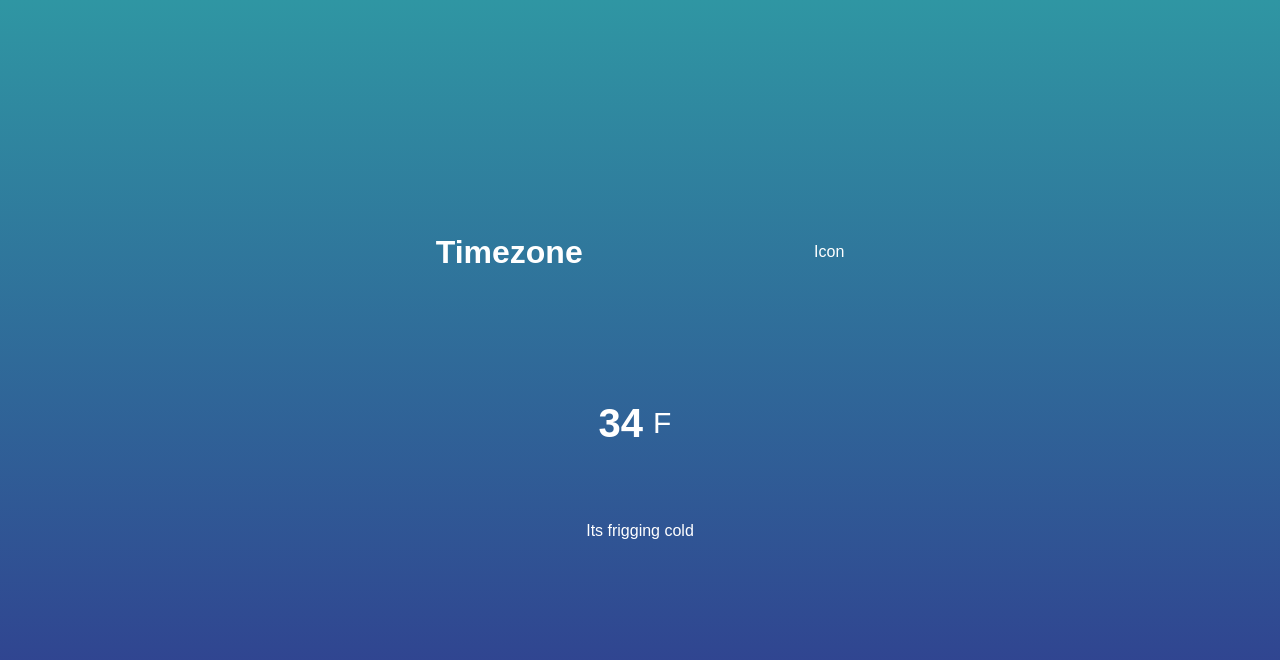
Repository: iphyokafor/weather-app
Page: index.html
These files come from the project's save history. The page is drawn as it stood at one moment and after the next save; the edit follows.
The browser window is 1280 px wide. The pictures show the whole page.

Above is the page before, as saved 2020-01-21 11:20:51.

After the next save:
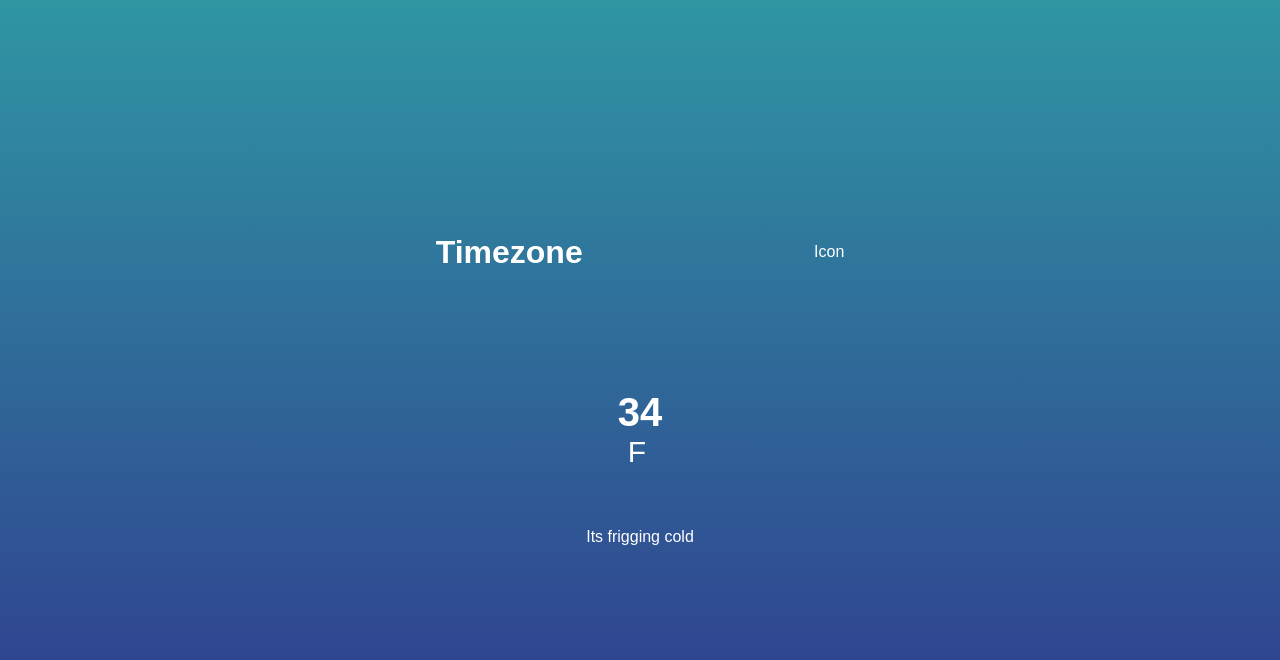
Saved 13 s later.
--- a/style.css
+++ b/style.css
@@ -28,10 +28,11 @@
     flex-direction: column;
 }
 
-.degree-section {
+
+/* .degree-section {
     display: flex;
     align-items: center;
-}
+} */
 
 .degree-section span {
     margin: 10px;

After the save that followed:
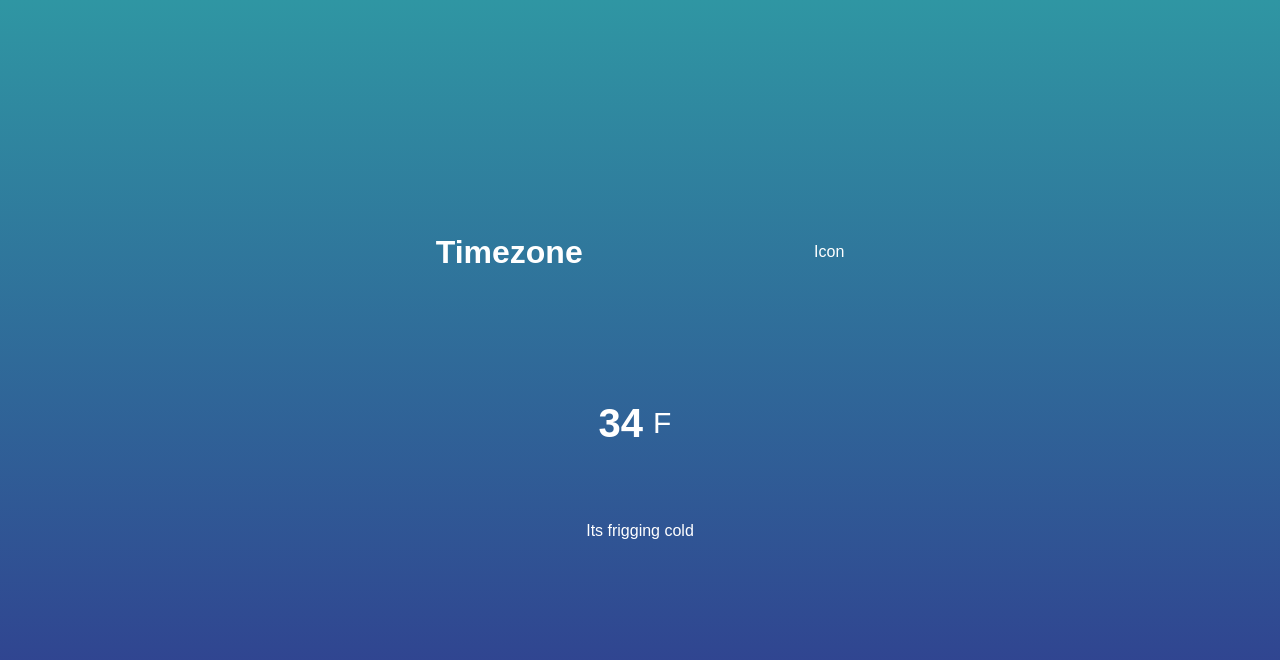
Saved 17 s later.
--- a/style.css
+++ b/style.css
@@ -28,11 +28,10 @@
     flex-direction: column;
 }
 
-
-/* .degree-section {
+.degree-section {
     display: flex;
     align-items: center;
-} */
+}
 
 .degree-section span {
     margin: 10px;
